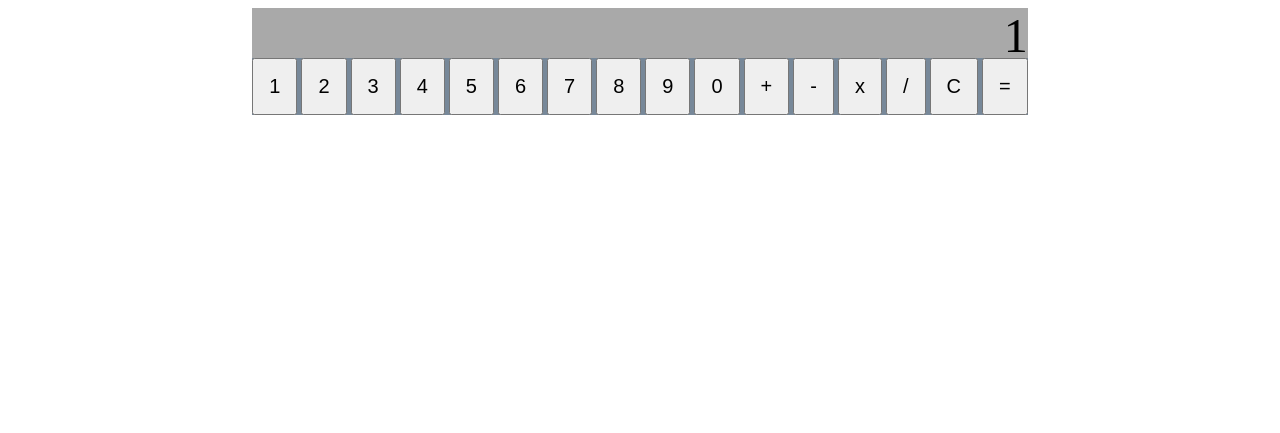
Repository: TEazy2433/LAB-calculator
Page: index.html
An editor plug-in stored every save of this project. The page is shown before and after the next save, followed by the edit.
The browser window is 1280 px wide. The pictures show the whole page.

Above is the page before, as saved 2023-10-13 17:05:26.

### index.html
<!DOCTYPE html>
<html lang="en">
<head>
  <meta charset="UTF-8">
  <meta name="viewport" content="width=device-width, initial-scale=1.0">
  <title>calculator</title>
  <link rel="stylesheet" href="main.css">
</head>
<body>

  <div class="container">
    <div class="display">1</div>
      <div class="buttons"></div>
        <button>1</button>
        <button>2</button>
        <button>3</button>
        <button>4</button>
        <button>5</button>
        <button>6</button>
        <button>7</button>
        <button>8</button>
        <button>9</button>
        <button>0</button>

      <button type="button operator">+</button>
      <button type="button operator">-</button>
      <button type="button operator">x</button>
      <button type="button operator">/</button>
      <button type="button operator">C</button>
      <button type="button operator">=</button>

  </div>


</body>
</html>

### main.css
.container{
  background: lightslategray;
  width: max-content;
  margin: auto;

}
.display{
  width: 100%;
  background-color: darkGrey;
  height: 50px;
  font-size: 48px;
  display: flex;
  justify-content: flex-end;

}
.buttons{
  max-width: 400px;
  display: grid;

}
button{
  flex: 1 25%;
  padding: 15px;
  font-size: 20px;
  grid-template-columns: repeat(4, 1fr);

}

After the next save:
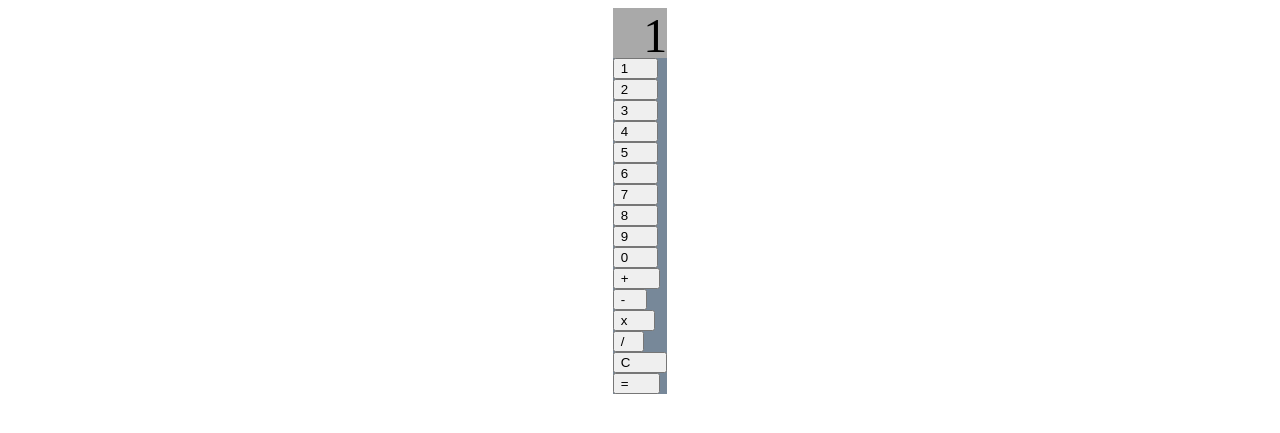
Saved 32 s later.
--- a/main.css
+++ b/main.css
@@ -19,9 +19,7 @@
 
 }
 button{
-  flex: 1 25%;
-  padding: 15px;
-  font-size: 20px;
+  display: grid;
   grid-template-columns: repeat(4, 1fr);
 
 }
